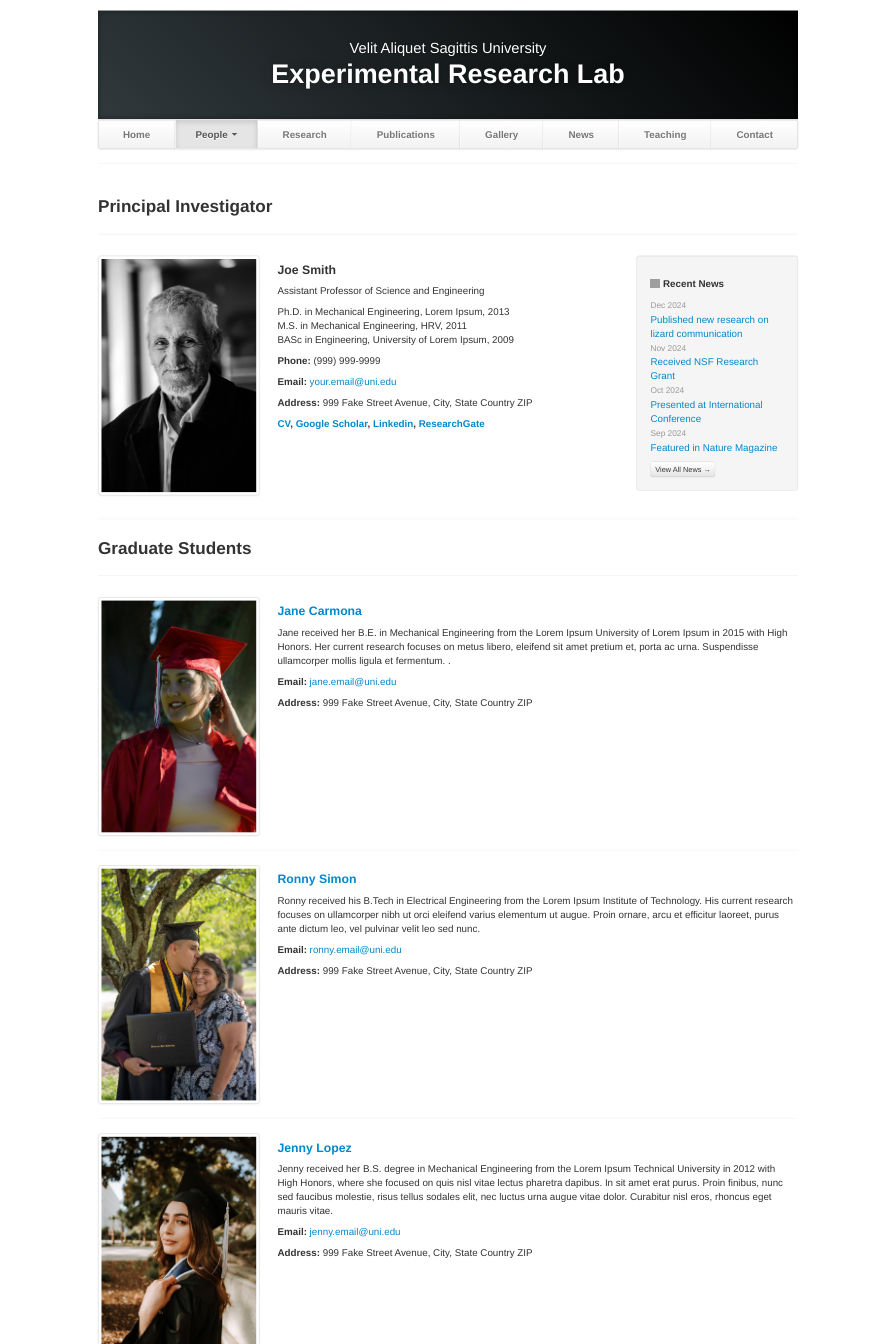
Repository: IAEUC/iaeuc.github.io
Page: people.html
These files come from the project's save history. The page is drawn as it stood at one moment and after the next save; the edit follows.
The browser window is 1280 px wide. The pictures show the part of the page from y = 0 to 1920 px (the page is 5319 px tall), at 70% of full size.
Pictures or frames that could not be fetched are drawn as grey boxes.

Above is the page before, as saved 2025-08-07 17:47:55.

### people.html
<!DOCTYPE html>
<html lang="en">
   <head>
      <meta charset="utf-8">
      <title>People</title>
      <meta name="viewport" content="width=device-width, initial-scale=1.0">
      <meta name="description" content="Research Lab, Home, Velit Aliquet Sagittis University">
      <meta name="author" content="">
      <!-- Le styles -->
      <link href="css/bootstrap.min.css" rel="stylesheet">
      <link href="css/bootstrap-responsive.min.css" rel="stylesheet">
      <link href="css/theme.css" rel="stylesheet">
   </head>
   <body>
      <div class="container">
         <header class="jumbotron subhead" id="overview">
            <p class="lead"> Velit Aliquet Sagittis University </p>
            <h1>Experimental Research Lab</h1>
         </header>
         <div class="masthead">
            <div class="navbar">
               <div class="navbar-inner">
                  <div class="container">
                     <ul class="nav">
                        <li><a href="index.html">Home</a></li>
                        <li class="dropdown active">
                           <a href="#" class="dropdown-toggle" data-toggle="dropdown">People <b class="caret"></b></a>
                           <ul class="dropdown-menu">
                              <li><a href="people.html">All People</a></li>
                              <li><a href="people.html#principalinvestigator">Principal Investigator</a></li>
                              <li><a href="people.html#graduate">Graduate Students</a></li>
                              <li><a href="people.html#undergraduate">Undergraduate Students</a></li>
                           </ul>
                        </li>
                        <li><a href="research.html">Research</a></li>
                        <li><a href="publications.html">Publications</a></li>
                        <li><a href="gallery.html">Gallery</a></li>
                        <li><a href="news.html">News</a></li>
                        <li><a href="teaching.html">Teaching</a></li>
                        <li><a href="contact.html">Contact</a></li>
                     </ul>
                  </div>
               </div>
            </div>
         </div>
         <hr>
         <div class="row-fluid">

            <div class="span12">
               <section id="principalinvestigator">
                  <div class="page-header">
                     <h3>Principal Investigator</h3>
                  </div>
                  <div class="row-fluid">
                     <div class="span3">
                        <a href="https://unsplash.com/photos/aCZ2hiC-iDk" class="thumbnail">
                        <img src="thumbs/prof-photo2.jpg" alt="Joe Smith"/>
                        </a>
                     </div>
                     <div class="span6">
                        <h4>Joe Smith</h4>
                        <p>Assistant Professor of Science and Engineering</p>
                        <p>Ph.D. in Mechanical Engineering, Lorem Ipsum, 2013<br/>M.S. in Mechanical Engineering, HRV, 2011<br/>BASc in Engineering, University of Lorem Ipsum, 2009</p>
                        <p><b>Phone: </b>(999) 999-9999 </p>
                        <p><b>Email: </b><a href="mailto:your.email@uni.edu">your.email@uni.edu</a></p>
                        <p><b>Address: </b>999 Fake Street Avenue, City, State Country ZIP</p>
                        <p><b><a href="https://www.myperfectcv.co.uk/cv-examples/chemistry-lab-technician-cv-sample">CV</a>, <a href="http://scholar.google.com">Google Scholar</a>, <a href="https://www.linkedin.com">Linkedin</a>, <a href="http://www.researchgate.net">ResearchGate</a></b></p>
                     </div>
                     <div class="span3">
                        <div class="well">
                           <h5><i class="icon-bullhorn"></i> Recent News</h5>
                           <ul class="unstyled">
                              <li>
                                 <small class="muted">Dec 2024</small><br/>
                                 <a href="#" class="small">Published new research on lizard communication</a>
                              </li>
                              <li>
                                 <small class="muted">Nov 2024</small><br/>
                                 <a href="#" class="small">Received NSF Research Grant</a>
                              </li>
                              <li>
                                 <small class="muted">Oct 2024</small><br/>
                                 <a href="#" class="small">Presented at International Conference</a>
                              </li>
                              <li>
                                 <small class="muted">Sep 2024</small><br/>
                                 <a href="#" class="small">Featured in Nature Magazine</a>
                              </li>
                           </ul>
                           <a href="news.html" class="btn btn-mini">View All News →</a>
                        </div>
                     </div>
                  </div>
               </section>
               <hr>
               <section id="graduate">
                  <div class="page-header">
                     <h3>Graduate Students</h3>
                  </div>
                  <div class="row-fluid">
                     <div class="span3">
                        <a href="https://unsplash.com/photos/aaaGLiTRqkg" class="thumbnail">
                        <img src="thumbs/jane-carmona.jpg" alt="Jane Carmona"/>
                        </a>
                     </div>
                     <div class="span9">
                        <h4><a href="https://unsplash.com/photos/aaaGLiTRqkg">Jane Carmona</a></h4>
                        <p>Jane received her B.E. in Mechanical Engineering from the Lorem Ipsum University of Lorem Ipsum in 2015 with High Honors. Her current research focuses on metus libero, eleifend sit amet pretium et, porta ac urna. Suspendisse ullamcorper mollis ligula et fermentum. .</p>
                        <p><b>Email: </b><a href="mailto:jane.email@uni.edu">jane.email@uni.edu</a></p>
                        <p><b>Address: </b>999 Fake Street Avenue, City, State Country ZIP</p>
                     </div>
                  </div>
                  <hr>
                  <div class="row-fluid">
                     <div class="span3">
                        <a href="https://unsplash.com/photos/LUdelQ2EO2g" class="thumbnail">
                        <img src="thumbs/ronny-sison.jpg" alt="Ronny Simon"/>
                        </a>
                     </div>
                     <div class="span9">
                        <h4><a href="https://unsplash.com/photos/LUdelQ2EO2g">Ronny Simon</a></h4>
                        <p>Ronny received his B.Tech in Electrical Engineering from the Lorem Ipsum Institute of Technology. His current research focuses on ullamcorper nibh ut orci eleifend varius elementum ut augue. Proin ornare, arcu et efficitur laoreet, purus ante dictum leo, vel pulvinar velit leo sed nunc. </p>
                        <p><b>Email: </b><a href="mailto:ronny.email@uni.edu">ronny.email@uni.edu</a></p>
                        <p><b>Address: </b>999 Fake Street Avenue, City, State Country ZIP</p>
                     </div>
                  </div>
                  <hr>
                  <div class="row-fluid">
                     <div class="span3">
                        <a href="https://unsplash.com/photos/nomivMNW07o" class="thumbnail">
                        <img src="thumbs/graduate-1.jpg" alt="Jenny Lopez"/>
                        </a>
                     </div>
                     <div class="span9">
                        <h4><a href="https://unsplash.com/photos/nomivMNW07o">Jenny Lopez</a></h4>
                        <p>Jenny received her B.S. degree in Mechanical Engineering from the Lorem Ipsum Technical University in 2012 with High Honors, where she focused on quis nisl vitae lectus pharetra dapibus. In sit amet erat purus. Proin finibus, nunc sed faucibus molestie, risus tellus sodales elit, nec luctus urna augue vitae dolor. Curabitur nisl eros, rhoncus eget mauris vitae.</p>
                        <p><b>Email: </b><a href="mailto:jenny.email@uni.edu">jenny.email@uni.edu</a></p>
                        <p><b>Address: </b>999 Fake Street Avenue, City, State Country ZIP</p>
                     </div>
                  </div>
                  <hr>
               </section>
               <hr>
               <section id="undergraduate">
                  <div class="page-header">
                     <h3>Undergraduate Students</h3>
                  </div>
                  <div class="row-fluid">
                     <div class="span3">
                        <a href="https://unsplash.com/photos/unr5ZqXXvqU" class="thumbnail">
                        <img src="thumbs/undergrad-1.jpg" alt="Hall Stevenson"/>
                        </a>
                     </div>
                     <div class="span9">
                        <h4>Hall Stevenson</h4>
                        <p>Hall is currently a second year undergraduate student in the Electrical Science and Engineering Department at VAS University. He is studying the bibendum consectetur metus. Vivamus ullamcorper nibh ut orci eleifend varius elementum ut augue.</p>
                     </div>
                  </div>
                  <hr>
                  <div class="row-fluid">
                     <div class="span3">
                        <a href="https://unsplash.com/photos/GIy2ly37Kw8" class="thumbnail">
                        <img src="thumbs/graduate-2.jpg" alt="Simon Singh"/>
                        </a>
                     </div>
                     <div class="span9">
                        <h4>Simon Singh</h4>
                        <p>Simon is currently a second year undergraduate student in the Lorem Ipsum and Engineering Department at VAS University. He is working on rhoncus euismod tortor, ac lobortis tortor vestibulum sed. Ut in aliquam sapien. </p>
                     </div>
                  </div>
                  <hr>
                  <div class="row-fluid">
                     <div class="span3">
                        <a href="https://unsplash.com/photos/dju4--IW7Qw" class="thumbnail">
                        <img src="thumbs/graduate-3.jpg" alt="Tim Johnson"/>
                        </a>
                     </div>
                     <div class="span9">
                        <h4>Tim Johnson</h4>
                        <p>Tim is currently a second year undergraduate student in the Engineering Science Department at VAS University. He is currently studying sodales elit nec luctus urna augue vitae dolor. </p>
                     </div>
                  </div>
                  <hr>
                  <div class="row-fluid">
                     <div class="span3">
                        <a href="https://unsplash.com/photos/lEMHg4RFTW8" class="thumbnail">
                        <img src="thumbs/graduate-4.jpg" alt="Simona Alexander"/>
                        </a>
                     </div>
                     <div class="span9">
                        <h4>Simona Alexander</h4>
                        <p>Simona is currently a senior in the Lorem Ipsum Department at VAS. She is studying rhoncus eget mauris vitae, malesuada suscipit neque. Ut congue imperdiet lobortis. </p>
                     </div>
                  </div>
                  <hr>
                  <div class="row-fluid">
                     <div class="span3">
                        <a href="https://unsplash.com/photos/Nyt7CeiNXQw" class="thumbnail">
                        <img src="thumbs/graduate-5.jpg" alt="Zahima Sari"/>
                        </a>
                     </div>
                     <div class="span9">
                        <h4>Zahima Sari</h4>
                        <p>Zahima is currently a third year undergraduate student in the Lorem Ipsum Engineering Department at VAS. She is modling the dynamics tincidunt, odio non suscipit condimentum, neque diam viverra risus, vel tincidunt elit massa eu nulla. </p>
                     </div>
                  </div>
                  <hr>
                  <div class="row-fluid">
                     <div class="span3">
                        <a href="https://unsplash.com/photos/fNZfMhyd8Hs" class="thumbnail">
                        <img src="thumbs/graduate-6.jpg" alt="Alissa Zhi"/>
                        </a>
                     </div>
                     <div class="span9">
                        <h4>Alissa Zhi</h4>
                        <p>Alissa is currently a first year undergraduate student in the Science and Engineering Department at VAS. She is studying techniques to improve tempus pellentesque ex, et sollicitudin nunc faucibus vel. Suspendisse condimentum feugiat arcu, vitae pretium enim tempus eget.</p>
                     </div>
                  </div>
                  <hr>
                  <div class="row-fluid">
                     <div class="span3">
                        <a href="https://unsplash.com/photos/WC7KIHo13Fc" class="thumbnail">
                        <img src="thumbs/graduate-7.jpg" alt="David Tohm"/>
                        </a>
                     </div>
                     <div class="span9">
                        <h4>David Tohm</h4>
                        <p>David is currently a third year undergraduate student in the Science and Engineering Department at VAS. He is studying dui diam, pellentesque vel ullamcorper non, dictum eu tellus.</p>
                     </div>
                  </div>
                  <hr>
                  <div class="row-fluid">
                     <div class="span3">
                        <a href="https://unsplash.com/photos/APmln0DMSac" class="thumbnail">
                        <img src="thumbs/graduate-8.jpg" alt="Jessica Smith"/>
                        </a>
                     </div>
                     <div class="span9">
                        <h4>Jessica Smith</h4>
                        <p>Jessica is currently a second year undergraduate student in the Mechanical Engineering Department at VAS. She is studying Fusce et ullamcorper sapien. Integer tristique magna sed tellus faucibus imperdiet facilisis et quam.</p>
                     </div>
                  </div>
               </section>
            </div>
         </div>
      </div>
      <footer id="footer">
         <div class="container-fluid">
            <div class="row-fluid">
               <div class="span5">
                  <h3>Contact Information</h3>
                  <p><b>Office Hours: </b>Monday-Friday (8.00am - 5.00pm)</p>
                  <p><b>Phone: </b>999-999-9999</p>
                  <p><b>Cell: </b>999-999-9999</p>
                  <a href="mailto:your.email@uni.edu">Email</a>
               </div>
               <div class="span2">
                  <a href="https://mybrandnewlogo.com/"><img src = "thumbs/generic-logo.JPG" alt="research-lab-logo"/></a>
               </div>
               <div class="span5">
                  <h3>Address</h3>
                  <p>9999 Generic Research Laboratory<br>
                     999 Fake Street Avenue<br>
                     City, State<br>
                     Country ZIP
                  </p>
                  <a href="http://maps.google.com/">Show Map</a>
               </div>
            </div>
         </div>
      </footer>

      <!-- Le javascript
         ================================================== -->
      <!-- Placed at the end of the document so the pages load faster -->
      <script src="js/jquery-1.9.1.min.js"></script>
      <script src="js/bootstrap.min.js"></script>
      <script>
         $(document).ready(function() {
             $(document.body).scrollspy({
                 target: "#navparent"
             });
         });

      </script>
   </body>
</html>

Loaded but not shown: css/bootstrap.min.css (library); css/bootstrap-responsive.min.css (library); js/jquery-1.9.1.min.js (library); js/bootstrap.min.js (library); css/theme.css (552 lines, source omitted)

After the next save:
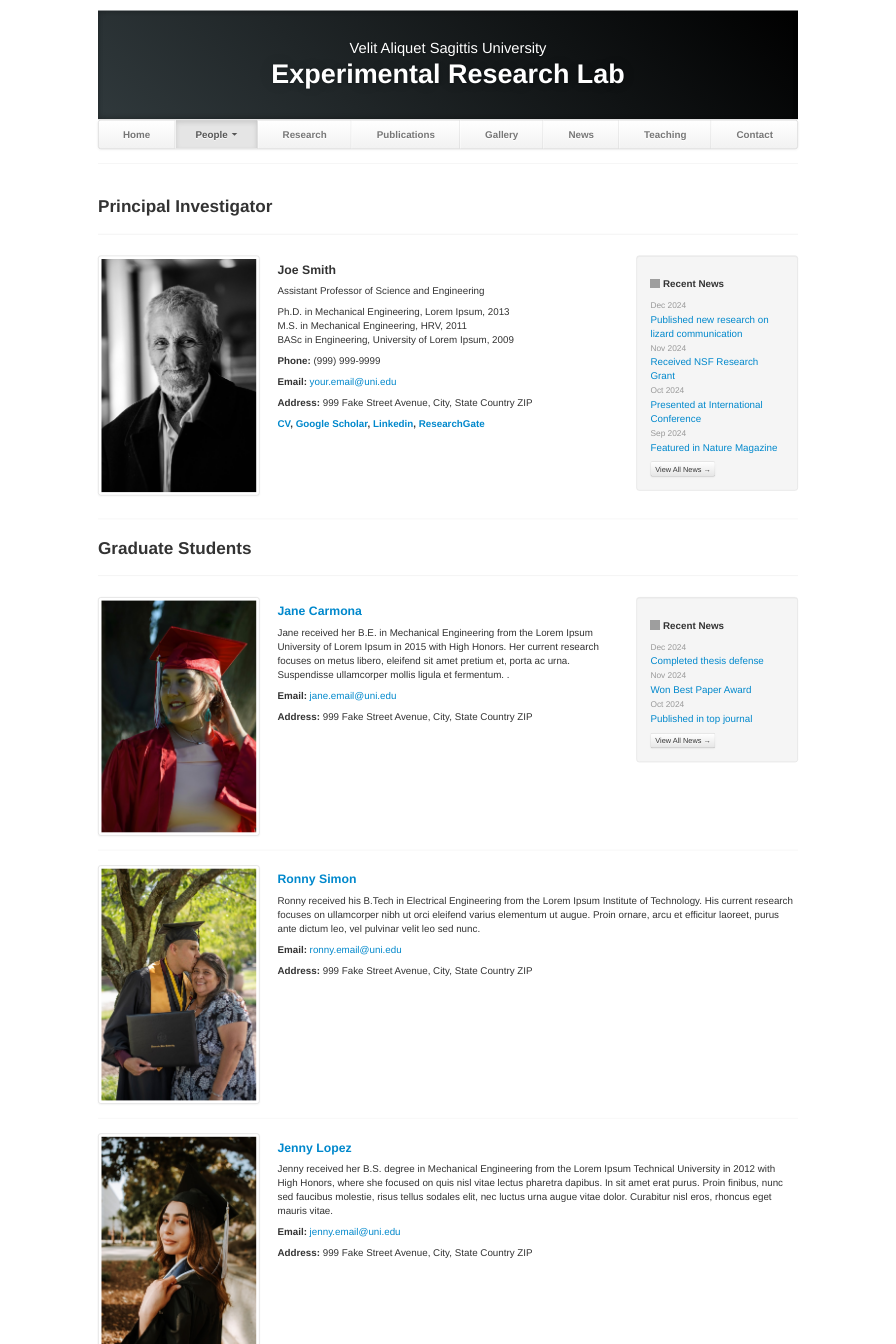
Saved 42 s later.
--- a/people.html
+++ b/people.html
@@ -103,11 +103,31 @@
                         <img src="thumbs/jane-carmona.jpg" alt="Jane Carmona"/>
                         </a>
                      </div>
-                     <div class="span9">
+                     <div class="span6">
                         <h4><a href="https://unsplash.com/photos/aaaGLiTRqkg">Jane Carmona</a></h4>
                         <p>Jane received her B.E. in Mechanical Engineering from the Lorem Ipsum University of Lorem Ipsum in 2015 with High Honors. Her current research focuses on metus libero, eleifend sit amet pretium et, porta ac urna. Suspendisse ullamcorper mollis ligula et fermentum. .</p>
                         <p><b>Email: </b><a href="mailto:jane.email@uni.edu">jane.email@uni.edu</a></p>
                         <p><b>Address: </b>999 Fake Street Avenue, City, State Country ZIP</p>
+                     </div>
+                     <div class="span3">
+                        <div class="well">
+                           <h5><i class="icon-bullhorn"></i> Recent News</h5>
+                           <ul class="unstyled">
+                              <li>
+                                 <small class="muted">Dec 2024</small><br/>
+                                 <a href="#" class="small">Completed thesis defense</a>
+                              </li>
+                              <li>
+                                 <small class="muted">Nov 2024</small><br/>
+                                 <a href="#" class="small">Won Best Paper Award</a>
+                              </li>
+                              <li>
+                                 <small class="muted">Oct 2024</small><br/>
+                                 <a href="#" class="small">Published in top journal</a>
+                              </li>
+                           </ul>
+                           <a href="news.html" class="btn btn-mini">View All News →</a>
+                        </div>
                      </div>
                   </div>
                   <hr>
